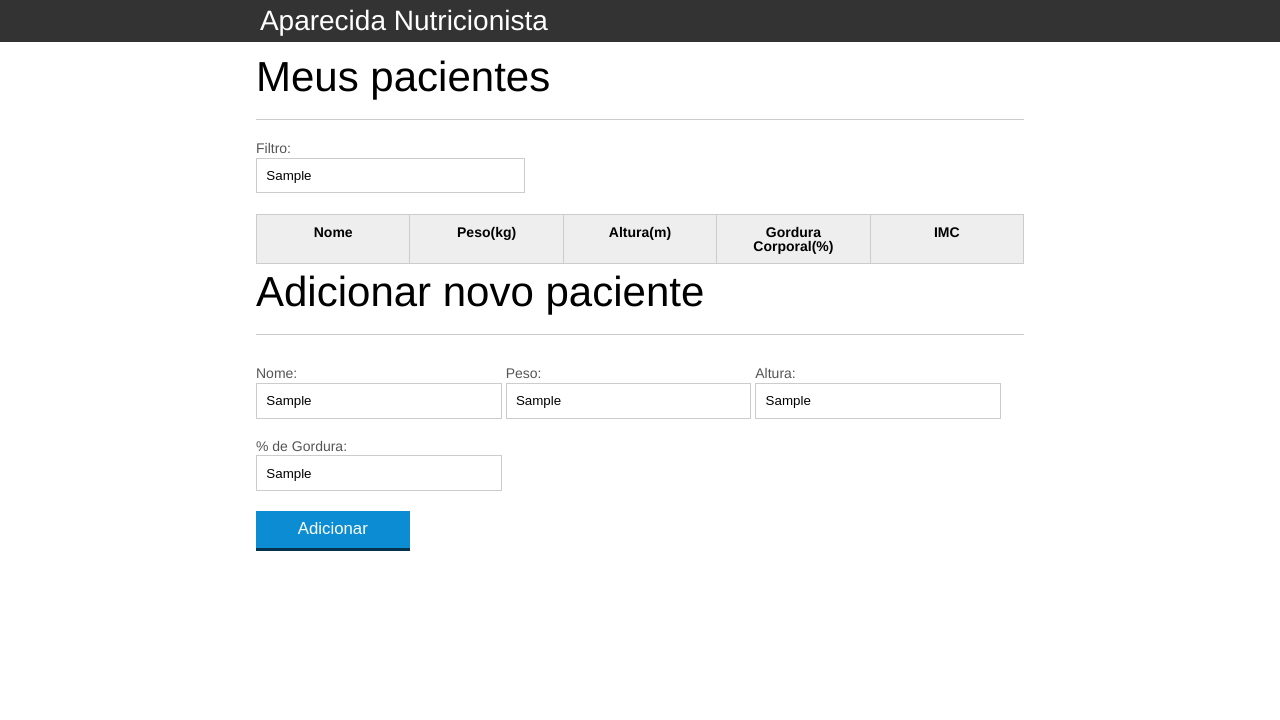
Repository: GabbLps/Controle-de-Clientes-Alura
Page: index.html
These files come from the project's save history. The page is drawn as it stood at one moment and after the next save; the edit follows.
The browser window is 1280 px wide. The pictures show the whole page.
Empty fields were first filled with sample values (such as "Sample", 5 or name@example.com).
After loading, the first visible `#filtrar-tabela` was changed once.

Above is the page before, as saved 2022-05-15 19:41:46.

After the next save:
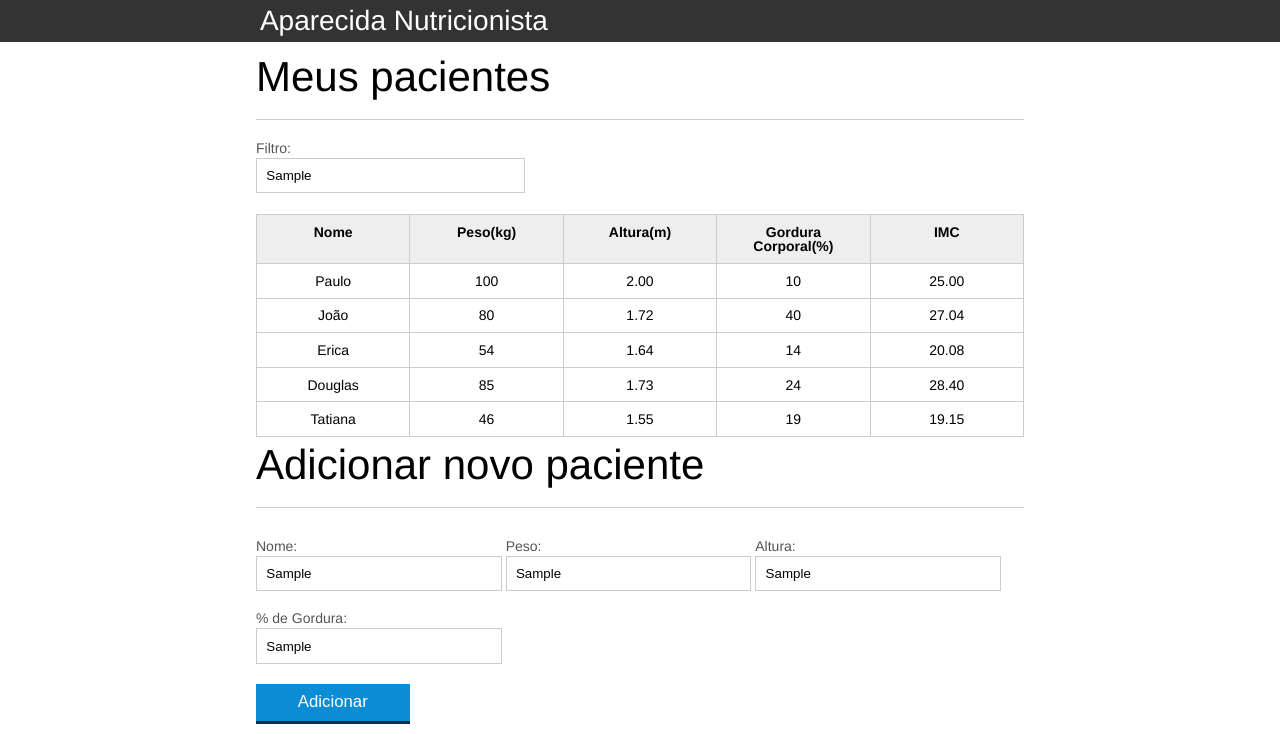
Saved 53 s later.
--- a/js/filtro.js
+++ b/js/filtro.js
@@ -7,11 +7,7 @@
         var paciente = pacientes[i];
         var tdNome = paciente.querySelector(".info-nome");
         var nome = tdNome.textContent;
-        if(nome != this.value) {
-            paciente.classList.add("invisivel");
-        } else {
-            paciente.classList.remove("invisivel");
-        }
+        console.log(nome);
 }
 
 });

After the save that followed:
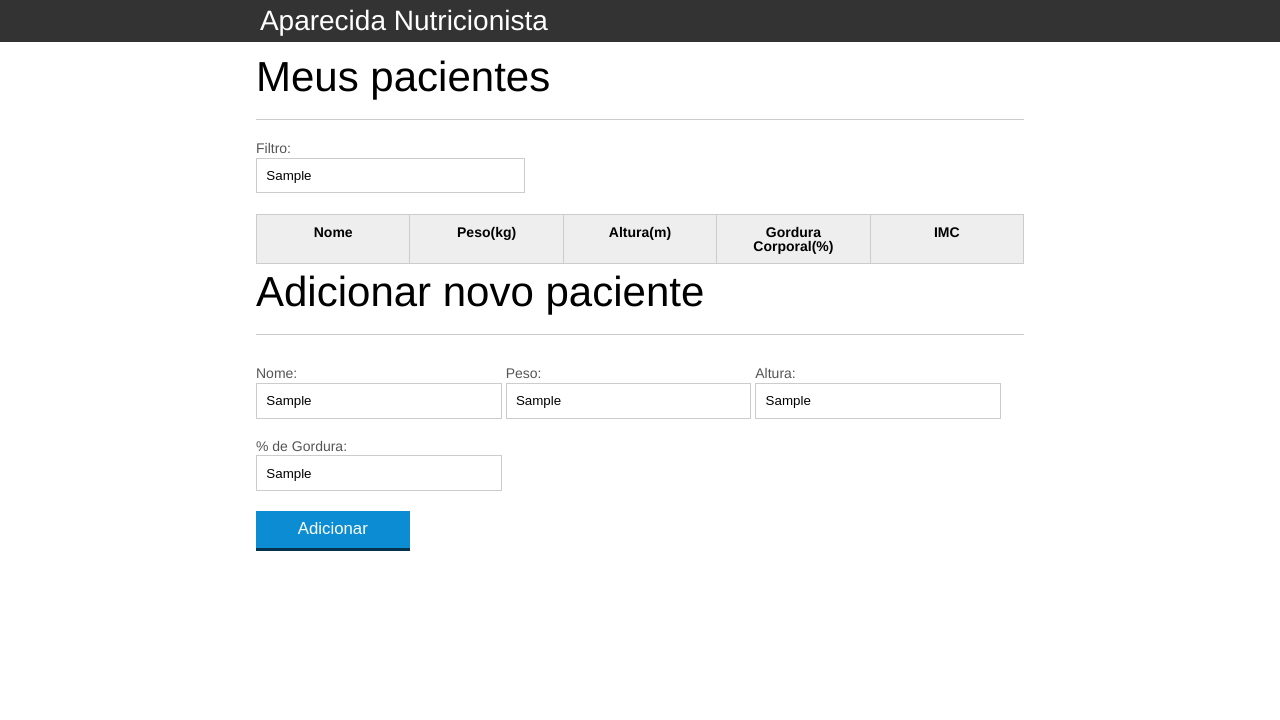
Saved 9 s later.
--- a/js/filtro.js
+++ b/js/filtro.js
@@ -7,7 +7,11 @@
         var paciente = pacientes[i];
         var tdNome = paciente.querySelector(".info-nome");
         var nome = tdNome.textContent;
-        console.log(nome);
+        if(nome != this.value) {
+            paciente.classList.add("invisivel");
+        } else {
+            paciente.classList.remove("invisivel");
+        }
 }
 
 });
